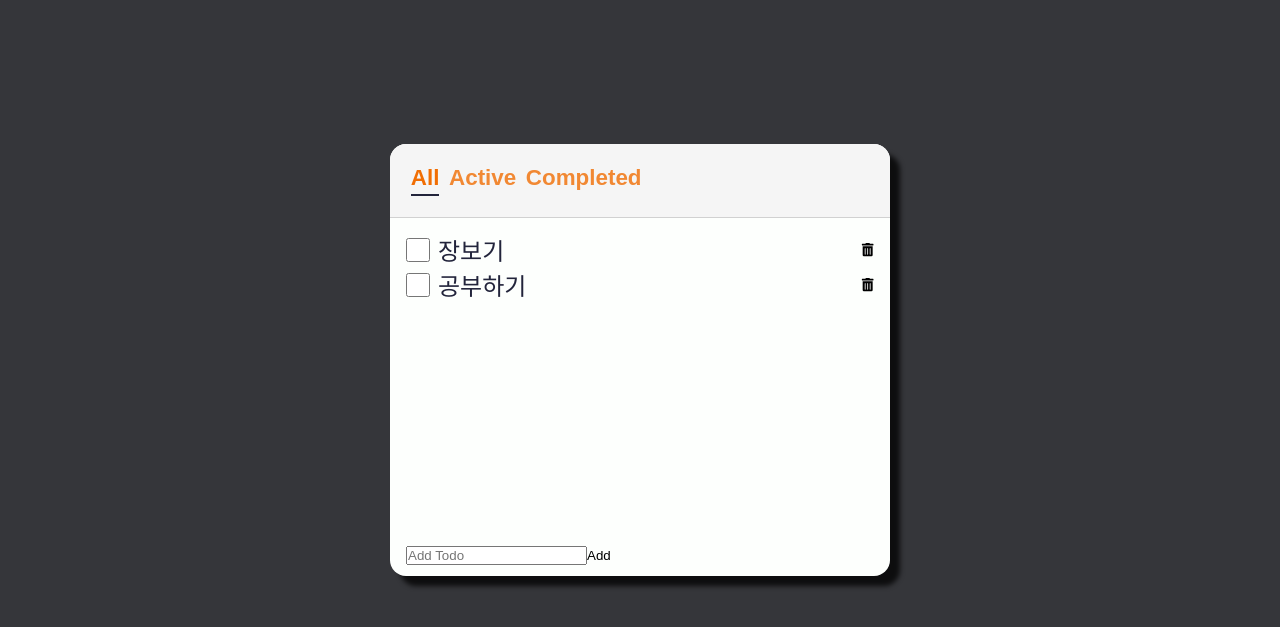
Repository: MrJinkyu/TodoList
Page: /
The author's editor kept a copy of each file at every save. The page is drawn from the files as they stood at one save, then again after the next save.
The browser window is 1280 px wide. The pictures show the whole page.
The project was rebuilt for these pictures with package versions that can differ from the ones it lists, and the page was loaded fresh each time.

Above is the page before, as saved 2023-05-01 14:49:48.

### src/index.css
:root{
  --color-body: #35363A;
  --color-bg-dark:#f5f5f5;
  --color-bg: #fdfffd;
  --color-grey: #d1d1d1;
  --color-text: #22243b;
  --color-accent: #f16e03;
  --color-white: white;
  --color-scrollbar: #aaa7a7;
}

*{
  box-sizing: border-box;
  padding: 0;
  margin: 0;
}

button{
  border: none;
  outline: none;
  cursor: pointer;
  background-color: transparent;
}

ul,li{
  list-style: none;
}

body {
  margin: 0;
  font-family: -apple-system, BlinkMacSystemFont, 'Segoe UI', 'Roboto', 'Oxygen',
    'Ubuntu', 'Cantarell', 'Fira Sans', 'Droid Sans', 'Helvetica Neue',
    sans-serif;
  -webkit-font-smoothing: antialiased;
  -moz-osx-font-smoothing: grayscale;
  width: 100vw;
  height: 100vh;
  display: flex;
  justify-content: center;
  align-items: center;
  background-color: var(--color-body);
  font-size: 1.2rem;
  accent-color: var(--color-accent);
}

#root{
  overflow: hidden;
  display: flex;
  flex-direction: column;
  width: 100%;
  height: 60%;
  max-width: 500px;
  background-color: var(--color-bg);
  border-radius: 1rem;
  box-shadow: 10px 10px 5px 0px rgba(0,0,0,0.75);
-webkit-box-shadow: 10px 10px 5px 0px rgba(0,0,0,0.75);
-moz-box-shadow: 10px 10px 5px 0px rgba(0,0,0,0.75);
}

code {
  font-family: source-code-pro, Menlo, Monaco, Consolas, 'Courier New',
    monospace;
}

### src/App.js
import { useState } from "react";
import TodoList from "./components/TodoList";
import Header from "./components/Header";

const filters = ['all', 'active', 'completed'];
function App() {
  const [filter, setFilter] = useState(filters[0]);
  return (
    <>
      <Header filters={filters} filter={filter} onFilterChange={setFilter}/>
      <TodoList filter={filter}/>
    </>
  );
}

export default App;

### src/components/TodoList.jsx
import React, { useState } from 'react';
import {v4 as uuidv4} from 'uuid';
import AddTodo from './AddTodo';
import Todo from './Todo';
import styles from './TodoList.module.css';

export default function TodoList({filter}) {
    const [todos, setTodos] = useState([
        { id: uuidv4(), text: '장보기', status: 'active' },
        { id: uuidv4(), text: '공부하기', status: 'active' }
    ]);
    const handleAdd = (todo) => {
        setTodos([...todos, todo]);
    }
    const handleUpdate = (updated) => {
        setTodos(todos.map((todo) => todo.id === updated.id ? updated : todo));
    }
    const handleDelete = (deleted) => {
        setTodos(todos.filter((todo) => todo.id !== deleted.id));
    }
    const filtered = getFilteredItems(todos, filter);
    return (
        <section className={styles.container}>
            <ul className={styles.list}>
                {filtered.map((item) => (
                    <Todo
                        key={item.id}
                        todo={item}
                        onUpdate={handleUpdate}
                        onDelete={handleDelete}
                    />
                ))}
            </ul>
            <AddTodo onAdd={handleAdd}/>
        </section>
    );
}

function getFilteredItems(todos, filter){
    if(filter === 'all'){
        return todos;
    }
    return todos.filter((todo) => todo.status === filter);
}

### src/components/Header.jsx
import React from 'react';
import styles from './Header.module.css';

export default function Header({filters, filter, onFilterChange}) {
    return (
        <header className={styles.header}>
            <ul className={styles.filters}>
                {filters.map((value,index) => (
                    <li key={index}>
                        <button
                            onClick={() => onFilterChange(value)}
                            className={`${styles.filter} ${filter === value && styles.selected}`}
                        >
                            {value}
                        </button>
                    </li>
                ))}
            </ul>
        </header>
    );
}

### src/components/AddTodo.jsx
import React, { useState } from 'react';
import {v4 as uuidv4} from 'uuid';

export default function AddTodo({onAdd}) {
    const [text, setText] = useState('');
    const handleChange = (e) => {
        setText(e.target.value);
    }
    const handleSubmit = (e) => {
        e.preventDefault();
        if(text.trim().length === 0){
            return ;
        }
        onAdd({ id: uuidv4(), text, status: 'active' });
        setText('');
    }
    return (
        <form onSubmit={handleSubmit}>
            <input
                type="text"
                value={text}
                onChange={handleChange}
                placeholder='Add Todo'
            />
            <button>Add</button>
        </form>
    );
}

### src/components/Todo.jsx
import React from 'react';
import { FaTrashAlt } from 'react-icons/fa';
import styles from './Todo.module.css';

export default function Todo({todo, onUpdate, onDelete}) {
    const { id, text, status } = todo;
    const handleChange = (e) => {
        const status = e.target.checked ? 'completed' : 'active';
        onUpdate({...todo, status});
    }
    return (
        <li className={styles.todo}>
            <input
                className={styles.checkbox}
                type="checkbox"
                name="checkbox"
                id={id}
                checked={status === 'completed'}
                onChange={handleChange}
            />
            <label className={styles.text} htmlFor={id}>{text}</label>
            <span className={styles.icon}>
                <button className={styles.button} onClick={() => onDelete(todo)}>
                    <FaTrashAlt/>
                </button>
            </span>
        </li>
    );
}

### src/components/TodoList.module.css
.container{
    height: 100%;
    display: flex;
    flex-direction: column;
    padding: 0.7rem 1rem;
    margin-top: 0.2rem;
}

.list{
    flex: 1 1 auto;
}

### src/components/Header.module.css
.header{
    background-color: var(--color-bg-dark);
    display: flex;
    justify-content: space-between;
    align-items: center;
    padding: 1rem;
    border-bottom: 1px solid var(--color-grey);
}

.filters{
    display: flex;
}

.filter{
    margin: 0.3rem;
    font-size: 1.4rem;
    color: var(--color-accent);
    font-weight: bold;
    opacity: 0.8;
    text-transform: capitalize;
}

.filter:hover,
.filter.selected{
    opacity: 1;
}

.filter.selected::after{
    content: '';
    display: block;
    margin-top: 0.2rem;
    border: 1px solid var(--color-text);
}

### src/components/Todo.module.css
.todo{
    display: flex;
    justify-content: space-between;
    align-items: center;
}

.checkbox{
    width: 1.5rem;
    height: 1.5rem;
}

.text{
    flex: 1 1 0%;
    margin-left: 0.5rem;
    font-size: 1.5rem;
    color: var(--color-text);
}

.button{

}

Loaded but not shown: public/index.html (common file); src/index.js (common file); src/reportWebVitals.js (common file)

After the next save:
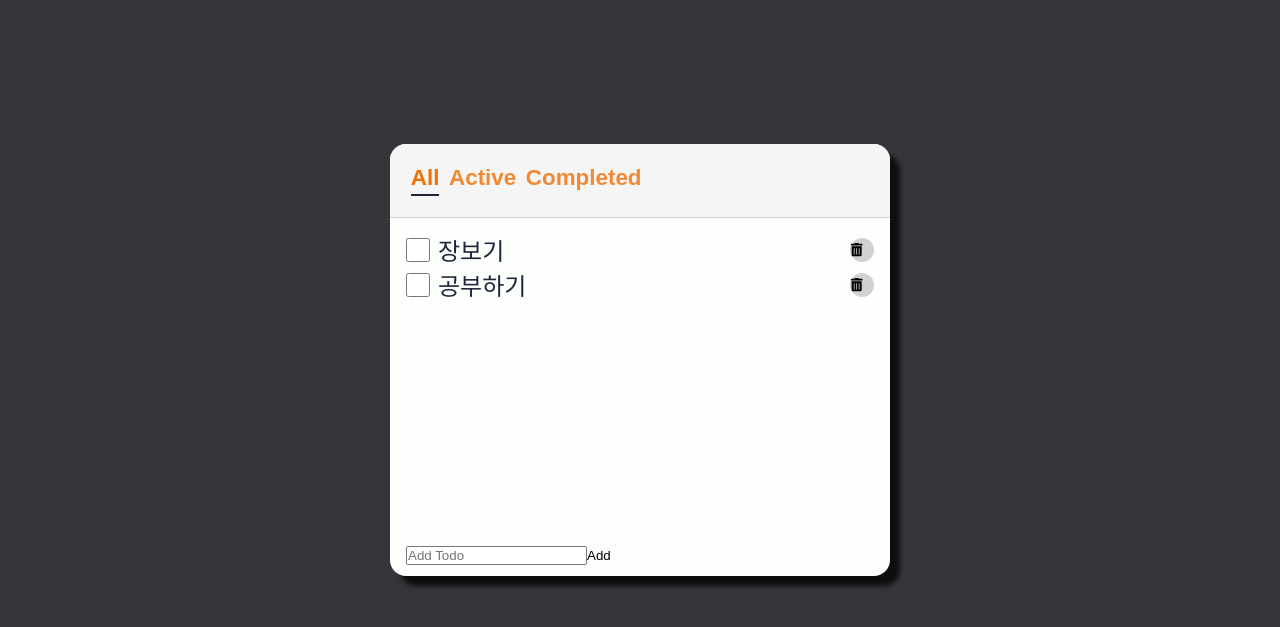
Saved 28 s later.
--- a/src/components/Todo.module.css
+++ b/src/components/Todo.module.css
@@ -16,6 +16,13 @@
     color: var(--color-text);
 }
 
+.icon{
+    width: 1.5rem;
+    height: 1.5rem;
+    border-radius: 50%;
+    background-color: var(--color-grey);
+}
+
 .button{
 
 }
